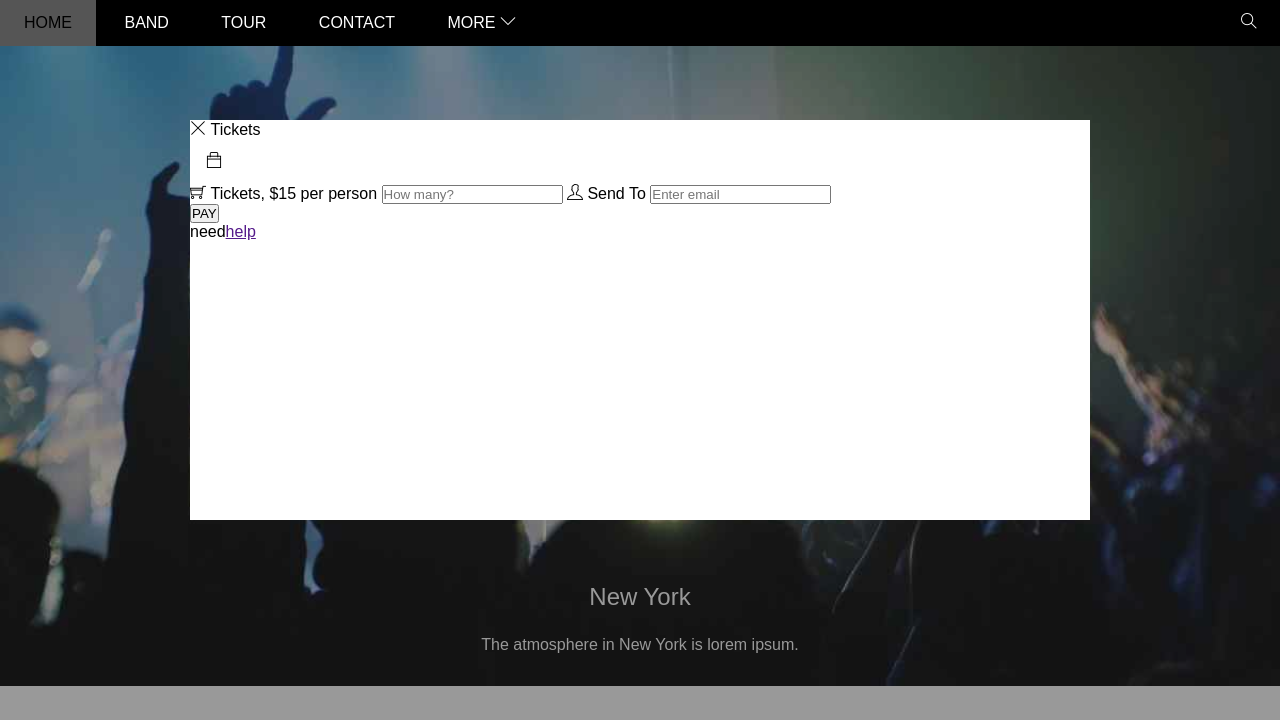
Repository: tung1233hhhhhhhhhhhhh/Website
Page: w3_band/index.html
These files come from the project's save history. The page is drawn as it stood at one moment and after the next save; the edit follows.
The browser window is 1280 px wide. The pictures show the window.
A layer covers the whole window, so only the first screen is drawn.

Above is the page before, as saved 2023-02-18 21:17:32.

After the next save:
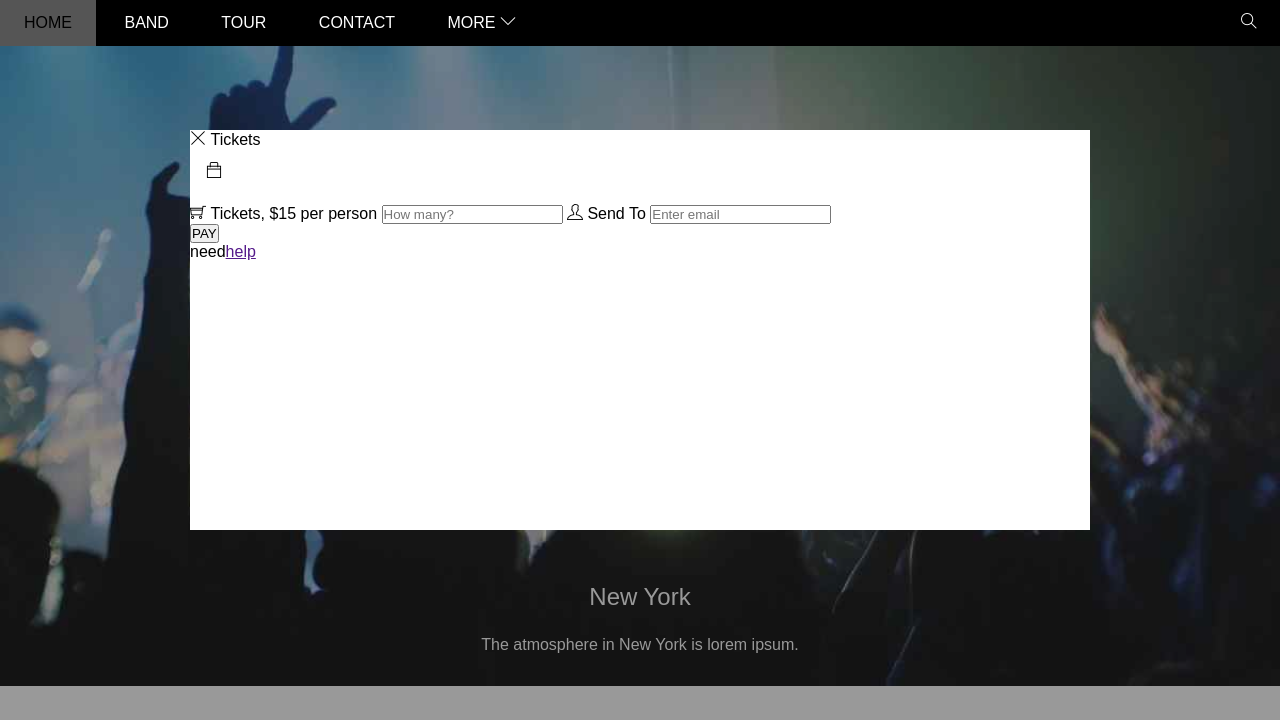
Saved 19 s later.
--- a/w3_band/assets/css/style.css
+++ b/w3_band/assets/css/style.css
@@ -401,4 +401,5 @@
     width: 100%;
     height: 45px;
     padding: 32px 16px;
-}
+    margin: 10px 0;
+}
